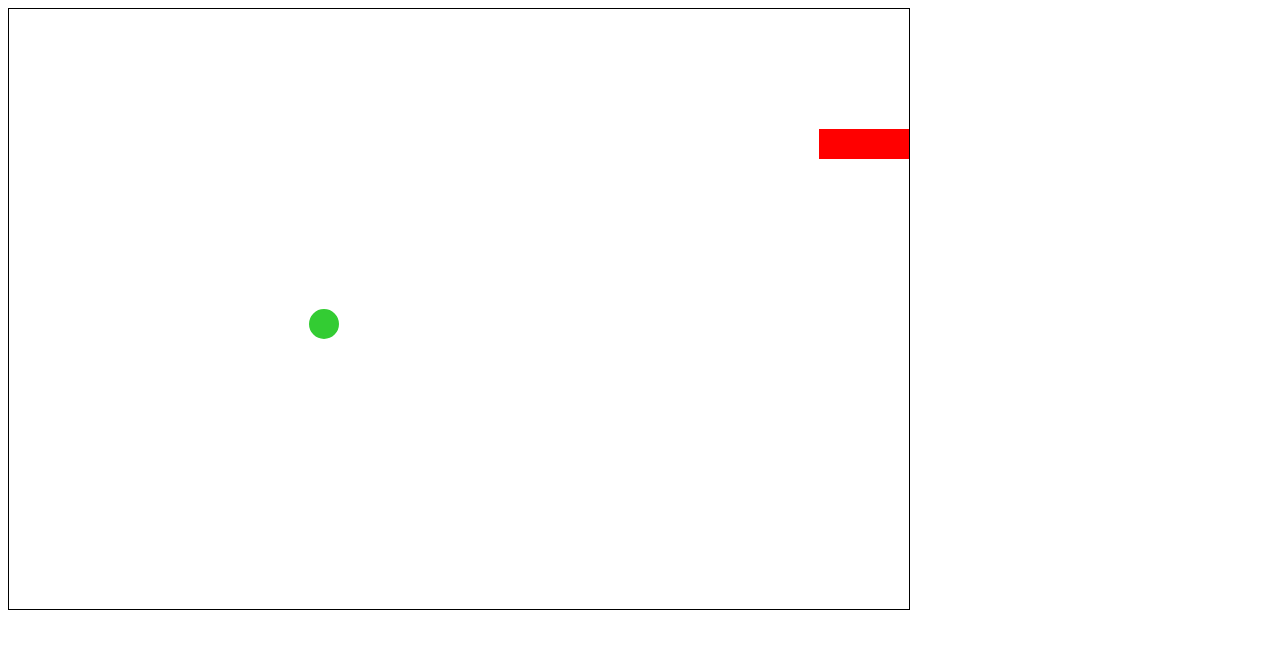
Repository: Loetitia27006/snake
Page: index.html
These files come from the project's save history. The page is drawn as it stood at one moment and after the next save; the edit follows.
The browser window is 1280 px wide. The pictures show the whole page.

Above is the page before, as saved 2023-03-24 11:06:13.

### index.html
<!DOCTYPE html>
<html lang="en">
<head>
    <meta charset="UTF-8">
    <meta http-equiv="X-UA-Compatible" content="IE=edge">
    <meta name="viewport" content="width=device-width, initial-scale=1.0">
    <title>Snake</title>
</head>
<body>

</body>
<script src="script.js"></script>
</html>

### script.js
window.onload = function () {
  var canvasWidth = 900;
  var canvasHeight = 600;
  var blockSize = 30;
  var ctx;
  var delay = 100;
  var snakee;
  var applee;
  var widthInBlocks = canvasWidth/blockSize;
  var heightInBlocks = canvasHeight/blockSize;

  init();

  function init() {
    var canvas = document.createElement("canvas");
    canvas.width = canvasWidth;
    canvas.height = canvasHeight;
    canvas.style.border = "1px solid";
    document.body.appendChild(canvas);
    ctx = canvas.getContext("2d");
    snakee = new Snake([[6, 4],[5, 4],[4, 4]], "right");
    applee = new Apple([10, 10]);
    refreshCanvas();
  }

  function refreshCanvas() {
    snakee.advance();
    if(snakee.checkCollision()){
        // game over
    }else{
      ctx.clearRect(0, 0, canvasWidth, canvasHeight);
      snakee.draw();
      applee.draw();
      setTimeout(refreshCanvas, delay);
    }

  }

  function drawBlock(ctx, position){
    var x = position[0] * blockSize;
    var y = position[1] * blockSize;
    ctx.fillRect(x, y, blockSize, blockSize)
  }

  function Snake(body, direction) {
    this.body = body;
    this.direction = direction
    this.draw = function () {
      ctx.save();
      ctx.fillStyle = "#ff0000";
      for (var i = 0; i < this.body.length; i++) {
        drawBlock(ctx, this.body[i]);
      }
      ctx.restore();
    };
    this.advance = function () {
        var nextPosition = this.body[0].slice();
        switch (this.direction) {
          case "left":
            nextPosition[0] -= 1;
            break;
          case "right":
            nextPosition[0] += 1;
            break;
          case "down":
            nextPosition[1] += 1;
            break;
          case "up":
            nextPosition[1] -= 1;
            break;
          default:
            throw("Invalid direction" + this.direction);
        }
        this.body.unshift(nextPosition);
        this.body.pop();
    };
    this.setDirection= function(newDirection) {
      var allowedDirection;
      switch (this.direction) {
        case "left":
        case "right":
          allowedDirection = ["up", "down"];
          break;
        case "down":
        case "up":
          allowedDirection = ["left", "right"];
          break;
        default:
          throw("invalid direction: " + this.direction);
      }
      if(allowedDirection.indexOf(newDirection)>-1){
        this.direction = newDirection;
      }
    }
    this.checkCollision = function(){
      var wallCollision = false;
      var snakeCollision = false;
      var head = this.body[0];
      var rest = this.body.slice(1);
      var snakeX = head[0];
      var snakeY = head[1];
      var minX = 0;
      var minY = 0;
      var maxX = widthInBlocks - 1;
      var maxY = heightInBlocks - 1;
      var isNotBetweenHorizontalWalls = snakeX < minX || snakeX > maxX;
      var isNotBetweenVerticalWalls = snakeY < minY || snakeY > maxY;

      if(isNotBetweenHorizontalWalls || isNotBetweenVerticalWalls) {
        wallCollision = true;
      }
      for(var i = 0; i < rest.length; i++) {
        if(snakeX === rest[i][0] && snakeY === rest[i][1]) {
          snakeCollision = true;
      }
    }
    return wallCollision || snakeCollision;
  }
}
  function Apple(position){
    this.position = position;
    this.draw = function(){
      ctx.save();
      ctx.fillStyle = "#33cc33";
      var radius = blockSize/2;
      var x = position[0]*blockSize + radius;
      var y = position[1]*blockSize + radius;
      ctx.arc(x, y, radius, 0, Math.PI*2, true);
      ctx.fill();
      ctx.restore();
    }
  }

  document.onkeydown = function handleKeyDown(e) {
    var key = e.keyCode;
    var newDirection;
    switch (key) {
      case 37:
        newDirection = "left";
        break;
      case 38:
        newDirection = "up";
        break;
      case 39:
        newDirection = "right";
        break;
      case 40:
        newDirection = "down";
        break;
      default:
        return;
    }
    snakee.setDirection(newDirection);
  };
};

After the next save:
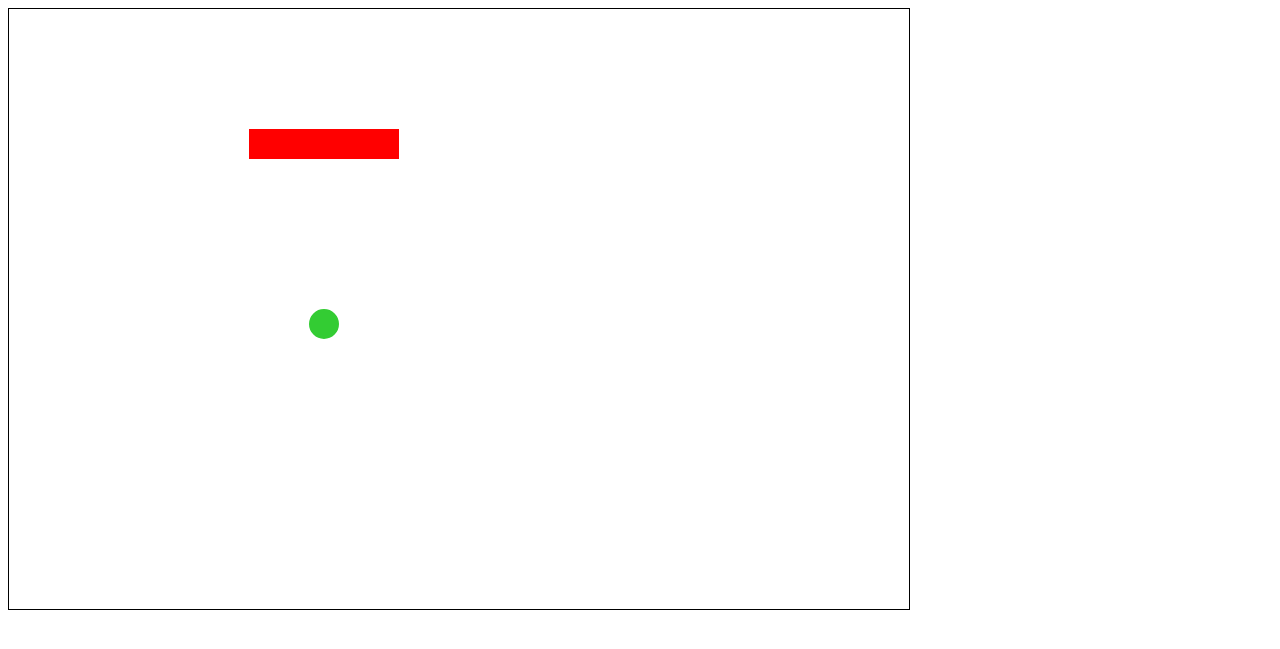
Saved 2 min 46 s later.
--- a/script.js
+++ b/script.js
@@ -3,7 +3,7 @@ window.onload = function () {
   var canvasHeight = 600;
   var blockSize = 30;
   var ctx;
-  var delay = 100;
+  var delay = 1000;
   var snakee;
   var applee;
   var widthInBlocks = canvasWidth/blockSize;
@@ -18,7 +18,7 @@ window.onload = function () {
     canvas.style.border = "1px solid";
     document.body.appendChild(canvas);
     ctx = canvas.getContext("2d");
-    snakee = new Snake([[6, 4],[5, 4],[4, 4]], "right");
+    snakee = new Snake([[6, 4],[5, 4],[4, 4],[3, 4], [2, 4]], "right");
     applee = new Apple([10, 10]);
     refreshCanvas();
   }
